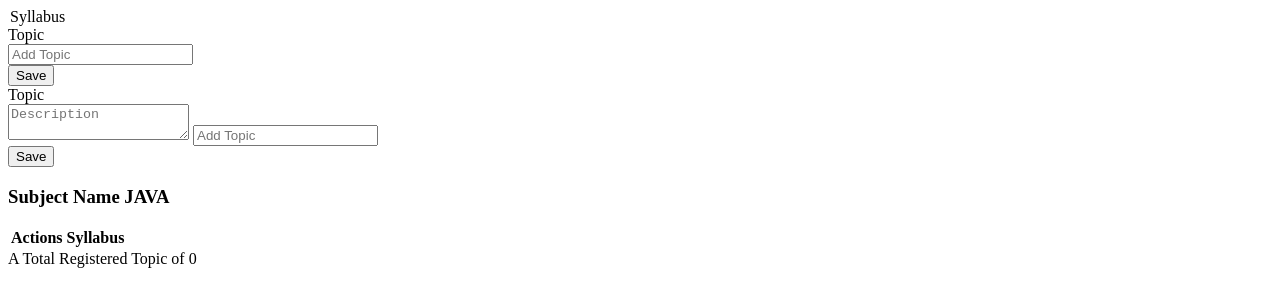
Repository: glorybarcelita/project-ica
Page: workspace/resources/views/subjects/syllabus.blade.php
The author's editor kept a record of every edit. The page is drawn from the files as they stood at one moment, then again after the next edit.
The browser window is 1280 px wide. The pictures show the whole page.
The page is served by the project's Laravel application, run on PHP 8.4 with Laravel 8. Other server files are loaded and not shown. The template is opened directly, without the code that normally fills it, so the values that code supplies are empty.

Above is the page before.

### routes/web.php
<?php

/*
|--------------------------------------------------------------------------
| Web Routes
|--------------------------------------------------------------------------
|
| Here is where you can register web routes for your application. These
| routes are loaded by the RouteServiceProvider within a group which
| contains the "web" middleware group. Now create something great!
|
*/

Route::get('/', function () {
    return view('welcome');
});

Auth::routes();
Route::get('/home', 'HomeController@index')->name('home');

Route::resource('users','UserController')->except(['delete','show1'])->middleware('auth');
Route::resource('courses','CourseController')->middleware('auth');
Route::resource('subjects','SubjectController')->middleware('auth');
Route::resource('syllabus','SyllabusController')->middleware('auth');



Route::get('users/request','PendingRequestController@index');


Route::resource('topic','TopicController');

Route::get('syllabus/create/{id}','SyllabusController@create');
Route::get('subjects/{id}','subjects@show');

Route::post('syllabus/store', 'SyllabusController@store');

Route::get('syllabus/edit/{syllabus_id}/{subject_id}', 'TopicController@edit');

Route::post('syllabus/update', 'TopicController@updateSyllabus');
Route::post('syllabus/destroy', 'TopicController@destroy');

Route::get('sujects/assign-lecturer/{subject_id}', 'LearningResourcesConroller@showAssign');
Route::post('subjects/assign-lecturer', 'LearningResourcesConroller@update');

Route::get('learning-resources/subject/{subject_id}', 'LearningResourcesConroller@showSubjectTopic');
Route::get('learning-resources/subject/create/{id}','LearningResourcesConroller@create');
Route::get('learning-resources/subject/update/{id}','LearningResourcesConroller@updateShow');
Route::post('learning-resources/subject/create','SubjectTopicController@store');
Route::get('learning-resources/subject/details/{subject_id}/{syllabus_id}/{topic_id}','SubjectTopicController@showSubjectTopicDetails');
Route::get('learning-resources', 'LearningResourcesConroller@index');

// Route::get('ica-subjects', 'SubjectController@showICA')

Route::resource('learningresources','LearningResourcesConroller');
Route::resource('subjecttopic','SubjectTopicController');
Route::resource('dashboard','DashboardController');



Route::get('exams/{subject_id}', 'ExamController@index')->middleware('auth');
Route::get('exams/addquestion/{subject_id}', 'ExamController@create');
Route::post('exams/store', 'ExamController@store');
Route::get('exams/updatequestion/{subject_id}/{exam_id}', 'ExamController@update');
Route::post('exams/update', 'ExamController@updateExam');
Route::post('exams/delete', 'ExamController@delete');
Route::post('exams/put-answer', 'ExamController@putAnswer');


Route::get('quiz/{subject_id}/{syllabus_id}', 'QuizController@index');
Route::get('quiz/add-question/{subject_id}/{syllabus_id}', 'QuizController@create');
Route::post('quiz/store', 'QuizController@store');
Route::get('quiz/update-question/{subject_id}/{syllabus_id}/{question_id}', 'QuizController@update');
Route::post('quiz/updateQuiz', 'QuizController@updateQuiz');
Route::post('quiz/delete', 'QuizController@delete');
Route::post('quiz/put-answer', 'QuizController@putAnswer');

Route::post('subject/delete', 'SubjectController@delete');

Route::get('reports/user', 'ReportsController@userReport');
Route::get('reports/subject', 'ReportsController@subjectReport');
Route::get('reports/course', 'ReportsController@courseReport');
Route::get('reports/learningresources', 'ReportsController@learningresourcesReport');
Route::get('reports/learningresources/{subject_id}', 'ReportsController@learningresourcesReportSyllabus');
Route::get('reports/learningresources/{subject_id}/{syllabus_id}', 'ReportsController@learningresourcesReportTopic');
Route::get('reports/quiz', 'ReportsController@quizReport');
Route::get('reports/quiz/stats', 'ReportsController@quizStatsReport');


Route::get('logout', function(){
  Auth::logout();
  return redirect('/');
});

### resources/views/subjects/syllabus.blade.php
<legend>Syllabus</legend>
<div class="form-group">
    <label for="" class="col-sm-2 col-form-label">Topic</label>
    <div class="col-sm-10">
        <input type="text" name="topic" placeholder="Add Topic"/>
    </div>
    <button class="btn btn-primary">Save</button>
</div>

<div class="form-group">
    <label for="" class="col-sm-2 col-form-label">Topic</label>
    <div class="col-sm-10">
        <textarea class="form-control" name="description" placeholder="Description">{{ old('description') }}</textarea>

        <input type="text" name="topic" placeholder="Add Topic"/>
    </div>
    <button class="btn btn-primary">Save</button>
</div>

<!--TABLE FOR Syllabus-->
<div class="container mt-4">
    <div class="card card-info">
        <div class="card-header">
            <h3>Subject Name JAVA</h3>
        </div>
        <div class="card-body">
            <table class="table table-bordered" id="myTable">
                <thead>
                    <th>Actions</th>
                    <th>Syllabus</th>


                </thead>
                <tbody>
                   @foreach($topics as $topic)
                    <tr>
                        <td>
                            <!--pagkaedit sa add syllabus form nlng ilalabas ung data,dun na ieedit-->
                            <a href="" class="btn btn-sm btn-info text-light">Edit</a>
                            <a href="" class="btn btn-sm btn-info text-light">Delete</a>
                        </td>
                        <td>{{ $topic->$name}}</td>
                    </tr>
                    @endforeach
                </tbody>
            </table>
        </div>
        <div class="card-footer">
           A Total Registered Topic of {{ $courses->count() }}
        </div>
        </div>
    </div>
</div>




@push('scripts')
<script src="https://cdn.datatables.net/1.10.16/js/jquery.dataTables.min.js"></script>
<script src="https://cdn.datatables.net/1.10.16/js/dataTables.bootstrap4.min.js"></script>
<script>
    $('#myTable').DataTable();
</script>
@endpush

Loaded but not shown: app/Http/Controllers/Auth/LoginController.php (common file); app/Http/Controllers/Controller.php (common file)

After the next edit:
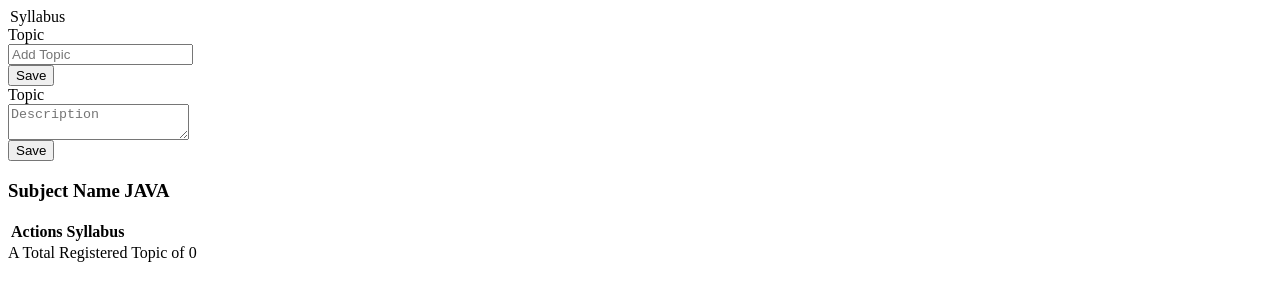
The edit:
--- a/resources/views/subjects/syllabus.blade.php
+++ b/resources/views/subjects/syllabus.blade.php
@@ -11,9 +11,7 @@
     <label for="" class="col-sm-2 col-form-label">Topic</label>
     <div class="col-sm-10">
         <textarea class="form-control" name="description" placeholder="Description">{{ old('description') }}</textarea>
-
-        <input type="text" name="topic" placeholder="Add Topic"/>
-    </div>
+   </div>
     <button class="btn btn-primary">Save</button>
 </div>
 
